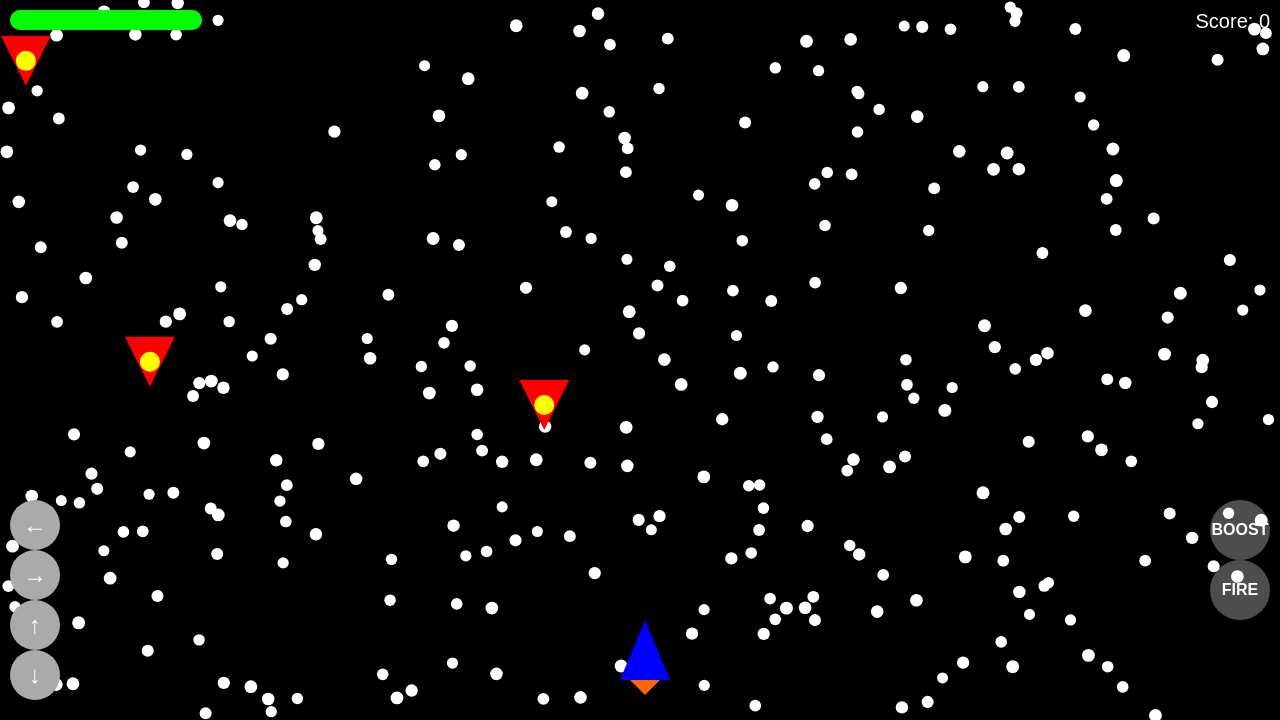
Repository: BiranOrundas/space-shooter
Page: space-shooter.html
These files come from the project's save history. The page is drawn as it stood at one moment and after a run of saves; the edit follows.
The browser window is 1280 px wide. The pictures show the whole page.

Above is the page before, as saved 2025-03-13 15:56:36.

### space-shooter.html
<!DOCTYPE html>
<html lang="en">
<head>
  <meta charset="UTF-8">
  <meta name="viewport" content="width=device-width, initial-scale=1.0">
  <title>Space Shooter</title>
  <style>
    body {
      margin: 0;
      overflow: hidden;
      touch-action: none;
      font-family: Arial, sans-serif;
      background-color: #000;
      display: flex;
      justify-content: center;
      align-items: center;
      height: 100vh;
    }

    #game-container {
      position: relative;
      width: 100vw;
      height: 100vh;
      background-color: #000;
      overflow: hidden;
      touch-action: none;
    }

    #game-canvas {
      width: 100%;
      height: 100%;
    }

    #controls {
      position: absolute;
      bottom: 20px;
      left: 0;
      width: 100%;
      display: flex;
      justify-content: space-between;
      z-index: 10;
    }

    .direction-btn {
      width: 50px;
      height: 50px;
      background-color: rgba(255, 255, 255, 0.3);
      border-radius: 50%;
      display: flex;
      justify-content: center;
      align-items: center;
      color: white;
      font-weight: bold;
      font-size: 24px;
      user-select: none;
      margin: 0 10px;
    }
    .direction-btnpress {
      width: 50px;
      height: 50px;
      background-color: rgba(24, 124, 4, 0.3);
      border-radius: 50%;
      display: flex;
      justify-content: center;
      align-items: center;
      color: white;
      font-weight: bold;
      font-size: 24px;
      user-select: none;
      margin: 0 10px;
    }

    .action-btn {
      width: 60px;
      height: 60px;
      background-color: rgba(255, 255, 255, 0.3);
      border-radius: 50%;
      display: flex;
      justify-content: center;
      align-items: center;
      color: white;
      font-weight: bold;
      font-size: 16px;
      user-select: none;
      margin: 0 10px;
    }

    #life-bar-container {
      position: absolute;
      top: 10px;
      left: 10px;
      width: 15%;
      height: 20px;
      background-color: rgba(255, 255, 255, 0.3);
      border-radius: 10px;
    }

    #life-bar {
      height: 100%;
      width: 100%;
      background-color: #0f0;
      border-radius: 10px;
      transition: width 0.5s;
    }

    #score {
      position: absolute;
      top: 10px;
      right: 10px;
      color: white;
      font-size: 20px;
    }

    #game-over {
      position: absolute;
      top: 0;
      left: 0;
      width: 100%;
      height: 100%;
      background-color: rgba(0, 0, 0, 0.8);
      display: none;
      flex-direction: column;
      justify-content: center;
      align-items: center;
      color: white;
      font-size: 30px;
      z-index: 20;
    }

    #restart-btn {
      margin-top: 20px;
      padding: 10px 20px;
      background-color: #0f0;
      color: black;
      border: none;
      border-radius: 5px;
      font-size: 18px;
      cursor: pointer;
    }

    .star {
      position: absolute;
      background-color: white;
      border-radius: 50%;
    }
  </style>
</head>
<body>
  <div id="game-container">
    <div id="life-bar-container">
      <div id="life-bar"></div>
    </div>
    <div id="score">Score: 0</div>
    <canvas id="game-canvas"></canvas>

    <div id="controls">
      <div id="movement-controls">
        <div name="leftButton" class="direction-btn" id="left-btn">←</div>
        <div name="rightButton" class="direction-btn" id="right-btn">→</div>
        <div name="upButton" class="direction-btn" id="up-btn">↑</div>
        <div name="downButton" class="direction-btn" id="down-btn">↓</div>
      </div>
      <div id="action-controls">
        <div class="action-btn" id="boost-btn">BOOST</div>
        <div class="action-btn" id="shoot-btn">FIRE</div>
      </div>
    </div>

    <div id="game-over">
      <div>GAME OVER</div>
      <div id="final-score">Score: 0</div>
      <button id="restart-btn">Restart</button>
    </div>
  </div>

  <script>
    // Game setup
    const canvas = document.getElementById('game-canvas');
    const ctx = canvas.getContext('2d');

    // Set canvas dimensions to match container
    const container = document.getElementById('game-container');
    canvas.width = container.clientWidth;
    canvas.height = container.clientHeight;

    // Game variables
    let score = 0;
    let gameOver = false;
    let animationId;

    // Player variables
    const player = {
      x: canvas.width / 2 - 20,
      y: canvas.height - 100,
      width: 50,
      height: 60,
      speed: 5,
      boostedSpeed: 10,
      isBoosting: false,
      life: 100,
      color: '#00f',
      cooldown: 0,
      lastShot: 0
    };


    // Game elements arrays
    const bullets = [];
    const enemies = [];
    const stars = [];

    // Control variables
    let leftPressed = false;
    let rightPressed = false;
    let upPressed = false;
    let downPressed = false;
    let shootPressed = false;
    let boostPressed = false;

    // Generate stars for background
    function createStars() {
      const starCount = 300;
      for (let i = 0; i < starCount; i++) {
        stars.push({
          x: Math.random() * canvas.width,
          y: Math.random() * canvas.height,
          size: Math.random() * 1 + 5.5,
          speed: Math.random() * 2 + 1.9,

        });
      }
    }

    // Draw player's spaceship
    function drawPlayer() {
      // Draw player ship
      ctx.fillStyle = player.color;

      // Ship body
      ctx.beginPath();
      ctx.moveTo(player.x + player.width / 2, player.y);
      ctx.lineTo(player.x + player.width, player.y + player.height);
      ctx.lineTo(player.x, player.y + player.height);
      ctx.closePath();
      ctx.fill();

      // Engine flames
      if (player.isBoosting) {
        ctx.fillStyle = '#ff0';
      } else {
        ctx.fillStyle = '#f60';
      }

      const flameHeight = player.isBoosting ? 30 : 15;
      ctx.beginPath();
      ctx.moveTo(player.x + 10, player.y + player.height);
      ctx.lineTo(player.x + player.width / 2, player.y + player.height + flameHeight);
      ctx.lineTo(player.x + player.width - 10, player.y + player.height);
      ctx.closePath();
      ctx.fill();
    }

    // Create a bullet
    function shootBullet() {
      const now = Date.now();
      if (now - player.lastShot > 50 ) { // Cooldown in ms
        bullets.push({
          x: player.x + player.width / 2 - 3,
          y: player.y,
          width: 2,
          height: 10,
          speed: 20,
          color: '#f00'
        });
        player.lastShot = now;
      }
    }

    // Draw bullets
    function drawBullets() {
      bullets.forEach(bullet => {
        ctx.fillStyle = bullet.color;
        ctx.fillRect(bullet.x, bullet.y, bullet.width, bullet.height);
      });
    }

    // Create enemy ships
// Create enemy ships
function spawnEnemy() {
  if (Math.random() < 0.02 && !gameOver) {
    // Eğer boost aktifse, düşmanların hızını artır
    const enemySpeed = player.isBoosting ? Math.random() * 16 + 2 : Math.random() * 2 + 1;

    enemies.push({
      x: Math.random() * (canvas.width - 50),
      y: -50,
      width: 50,
      height: 50,
      speed: enemySpeed  // Boost durumuna göre hız
    });
  }
}


    // Draw enemy ships
    function drawEnemies() {
      enemies.forEach(enemy => {
        // Enemy ship body
        ctx.fillStyle = '#f00';
        ctx.beginPath();
        ctx.moveTo(enemy.x + enemy.width / 2, enemy.y + enemy.height);
        ctx.lineTo(enemy.x + enemy.width, enemy.y);
        ctx.lineTo(enemy.x, enemy.y);
        ctx.closePath();
        ctx.fill();

        // Enemy details
        ctx.fillStyle = '#ff0';
        ctx.beginPath();
        ctx.arc(enemy.x + enemy.width / 2, enemy.y + enemy.height / 2, 10, 0, Math.PI * 2);
        ctx.fill();
      });
    }

    // Draw stars background
    function drawStars() {
      ctx.fillStyle = 'white';
      stars.forEach(star => {
        ctx.beginPath();
        ctx.arc(star.x, star.y, star.size, 0, Math.PI * 2);
        ctx.fill();
      });
    }

    // Update star positions
  // Update star positions
function updateStars() {
  stars.forEach(star => {
    // Eğer boost aktifse, yıldızın hızını artır
    const speedFactor = player.isBoosting ? 5.5 : 1;

    star.y += star.speed * speedFactor; // Yıldızın hızı boost durumuna göre değişir

    // Eğer yıldız ekranın dışına çıkarsa, konumunu sıfırlayın
    if (star.y > canvas.height) {
      star.y = 0;
      star.x = Math.random() * canvas.width;
    }
  });
}


// Update game elements
function updateGameElements() {

  if (leftPressed && player.x > 0) {
    player.x -= player.isBoosting ? player.boostedSpeed : player.speed;
    const LeftDirs = document.getElementsByName("leftButton");
LeftDirs.forEach(btn => {
    btn.style.backgroundColor = "#5CE65C";
});
  }else{
    const LeftDirs = document.getElementsByName("leftButton");
LeftDirs.forEach(btn => {
    btn.style.backgroundColor = "#AAAAAA";
})};



  if (rightPressed && player.x < canvas.width - player.width) {
    player.x += player.isBoosting ? player.boostedSpeed : player.speed;

    const rightDirs = document.getElementsByName("rightButton");
    rightDirs.forEach(btn => {
    btn.style.backgroundColor = "#5CE65C";
});
  }else{
    const rightDirs = document.getElementsByName("rightButton");
    rightDirs.forEach(btn => {
    btn.style.backgroundColor = "#AAAAAA";
})};


  if (upPressed && player.y < canvas.height - player.height) {
    player.y -= player.isBoosting ? player.boostedSpeed : player.speed;
    const upDirs = document.getElementsByName("upButton");
    upDirs.forEach(btn => {
    btn.style.backgroundColor = "#5CE65C";
});

  }else{
    const upDirs = document.getElementsByName("upButton");
    upDirs.forEach(btn => {
    btn.style.backgroundColor = "#AAAAAA";
})};






  if (downPressed && player.y < canvas.height - 20 - player.height) {
    player.y += player.isBoosting ? player.boostedSpeed : player.speed;
    const downDirs = document.getElementsByName("downButton");
    downDirs.forEach(btn => {
    btn.style.backgroundColor = "#5CE65C";
});

  }else{
    const downDirs = document.getElementsByName("downButton");
    downDirs.forEach(btn => {
    btn.style.backgroundColor = "#AAAAAA";
})};

  // Update bullets
  for (let i = 0; i < bullets.length; i++) {
    bullets[i].y -= bullets[i].speed;

    // Remove bullets that are off screen
    if (bullets[i].y < 0) {
      bullets.splice(i, 1);
      i--;
    }
  }

  // Update enemies
  for (let i = 0; i < enemies.length; i++) {
    enemies[i].y += enemies[i].speed;

    // Check for collision with player
    if (
      player.x < enemies[i].x + enemies[i].width &&
      player.x + player.width > enemies[i].x &&
      player.y < enemies[i].y + enemies[i].height &&
      player.y + player.height > enemies[i].y
    ) {
      // Player hit by enemy
      player.life -= 20;
      updateLifeBar();

      // Remove enemy
      enemies.splice(i, 1);
      i--;

      // Check game over
      if (player.life <= 0) {
        endGame();
      }

      continue;
    }

    // Check for bullets hitting enemies
    for (let j = 0; j < bullets.length; j++) {
      if (
        bullets[j].x < enemies[i].x + enemies[i].width &&
        bullets[j].x + bullets[j].width > enemies[i].x &&
        bullets[j].y < enemies[i].y + enemies[i].height &&
        bullets[j].y + bullets[j].height > enemies[i].y
      ) {
        // Enemy hit by bullet
        score += 50;
        updateScore();

      // Global variable to track if the bullet height has been changed
let bulletHeightUpdated = false;

// Inside the game loop or where you check the score
if (score >= 100 && !bulletHeightUpdated) {
    // Set the bullet height to 100
    bullets.forEach(bullet => {
        bullet.height = 100;
        bullet.color = "#00FF00"
    });

    // Mark the bullet height as updated
    bulletHeightUpdated = true;
}


        // Remove enemy and bullet
        enemies.splice(i, 1);
        bullets.splice(j, 1);
        i--;
        break;
      }
    }

    // Remove enemies that are off screen
    if (enemies[i] && enemies[i].y > canvas.height) {
      enemies.splice(i, 1);
      i--;
    }
  }
}


function Day() {
    const space = document.getElementById("game-container");

    setTimeout((randomColor) => {
        var randomColor = Math.floor(Math.random()*16777215).toString(16);
        space.style.backgroundColor = randomColor;
    },5500);
}


    // Update life bar
    function updateLifeBar() {
      const lifeBar = document.getElementById('life-bar');
      lifeBar.style.width = `${player.life}%`;

      // Change color based on life
      if (player.life > 60) {
        lifeBar.style.backgroundColor = '#0f0';
      } else if (player.life > 30) {
        lifeBar.style.backgroundColor = '#ff0';
      } else {
        lifeBar.style.backgroundColor = '#f00';
      }
    }

    // Update score display
    function updateScore() {
      document.getElementById('score').textContent = `Score: ${score}`;
    }

    // Game over
    function endGame() {
      gameOver = true;
      document.getElementById('game-over').style.display = 'flex';
      document.getElementById('final-score').textContent = `Score: ${score}`;
      cancelAnimationFrame(animationId);
    }

    // Main game loop
    function gameLoop() {
      // Clear canvas
      ctx.fillStyle = '#000';
      ctx.fillRect(0, 0, canvas.width, canvas.height);
        //Space Turning
      Day();

      // Draw stars
      drawStars();
      updateStars();

      // Spawn enemies
      spawnEnemy();


      // Update game elements
      updateGameElements();

      // Fire bullet if shoot button is pressed
      if (shootPressed) {
        shootBullet();
      }

      // Draw game elements
      drawPlayer();
      drawBullets();
      drawEnemies();

      // Continue game loop
      if (!gameOver) {
        animationId = requestAnimationFrame(gameLoop);
      }
    }

    // Event listeners for keyboard controls
    document.addEventListener('keydown', (e) => {
      if (e.key === 'ArrowLeft' || e.key === 'a') leftPressed = true;
      if (e.key === 'ArrowRight' || e.key === 'd') rightPressed = true;
      if (e.key === 'ArrowUp' || e.key === 'w') upPressed = true;
      if (e.key === 'ArrowDown' || e.key === 's') downPressed = true;
      if (e.key === ' ' || e.key === 'Enter') shootPressed = true;
      if (e.key === 'Shift') {
        boostPressed = true;
        player.isBoosting = true;
      }
    });

    document.addEventListener('keyup', (e) => {
      if (e.key === 'ArrowLeft' || e.key === 'a') leftPressed = false;
      if (e.key === 'ArrowRight' || e.key === 'd') rightPressed = false;
      if (e.key === 'ArrowUp' || e.key === 'w') upPressed = false;
      if (e.key === 'ArrowDown' || e.key === 's') downPressed = false;
      if (e.key === ' ' || e.key === 'Enter') shootPressed = false;
      if (e.key === 'Shift') {
        boostPressed = false;
        player.isBoosting = false;
      }
    });

    // Touch controls
    const leftBtn = document.getElementById('left-btn');
    const rightBtn = document.getElementById('right-btn');
    const shootBtn = document.getElementById('shoot-btn');
    const boostBtn = document.getElementById('boost-btn');

    leftBtn.addEventListener('touchstart', (e) => {
      e.preventDefault();
      leftPressed = true;
    });

    leftBtn.addEventListener('touchend', (e) => {
      e.preventDefault();
      leftPressed = false;
    });

    rightBtn.addEventListener('touchstart', (e) => {
      e.preventDefault();
      rightPressed = true;
    });

    rightBtn.addEventListener('touchend', (e) => {
      e.preventDefault();
      rightPressed = false;
    });

    shootBtn.addEventListener('touchstart', (e) => {
      e.preventDefault();
      shootPressed = true;
    });

    shootBtn.addEventListener('touchend', (e) => {
      e.preventDefault();
      shootPressed = false;
    });

    boostBtn.addEventListener('touchstart', (e) => {
      e.preventDefault();
      boostPressed = true;
      player.isBoosting = true;
    });

    boostBtn.addEventListener('touchend', (e) => {
      e.preventDefault();
      boostPressed = false;
      player.isBoosting = false;
    });

    // Mouse controls (for testing on desktop)
    leftBtn.addEventListener('mousedown', () => {
      leftPressed = true;
    });

    leftBtn.addEventListener('mouseup', () => {
      leftPressed = false;
    });

    rightBtn.addEventListener('mousedown', () => {
      rightPressed = true;
    });

    rightBtn.addEventListener('mouseup', () => {
      rightPressed = false;
    });

    shootBtn.addEventListener('mousedown', () => {
      shootPressed = true;
    });

    shootBtn.addEventListener('mouseup', () => {
      shootPressed = false;
    });

    boostBtn.addEventListener('mousedown', () => {
      boostPressed = true;
      player.isBoosting = true;
    });

    boostBtn.addEventListener('mouseup', () => {
      boostPressed = false;
      player.isBoosting = false;
    });

    // Restart game
    document.getElementById('restart-btn').addEventListener('click', () => {
      // Reset game state
      score = 0;
      gameOver = false;
      player.life = 100;
      player.x = canvas.width / 2 - 25;
      player.y = canvas.height - 100;
      player.isBoosting = false;

      // Clear arrays
      bullets.length = 0;
      enemies.length = 0;

      // Update UI
      updateScore();
      updateLifeBar();

      // Hide game over screen
      document.getElementById('game-over').style.display = 'none';

      // Start game loop
      gameLoop();
    });

    // Initialize game
    function initGame() {
      createStars();
      updateLifeBar();
      gameLoop();
    }

    // Start the game
    window.addEventListener('load', initGame);

    window.addEventListener('resize', () => {
  canvas.width = container.clientWidth;
  canvas.height = container.clientHeight;
});
  </script>
</body>
</html>

After the next 2 saves:
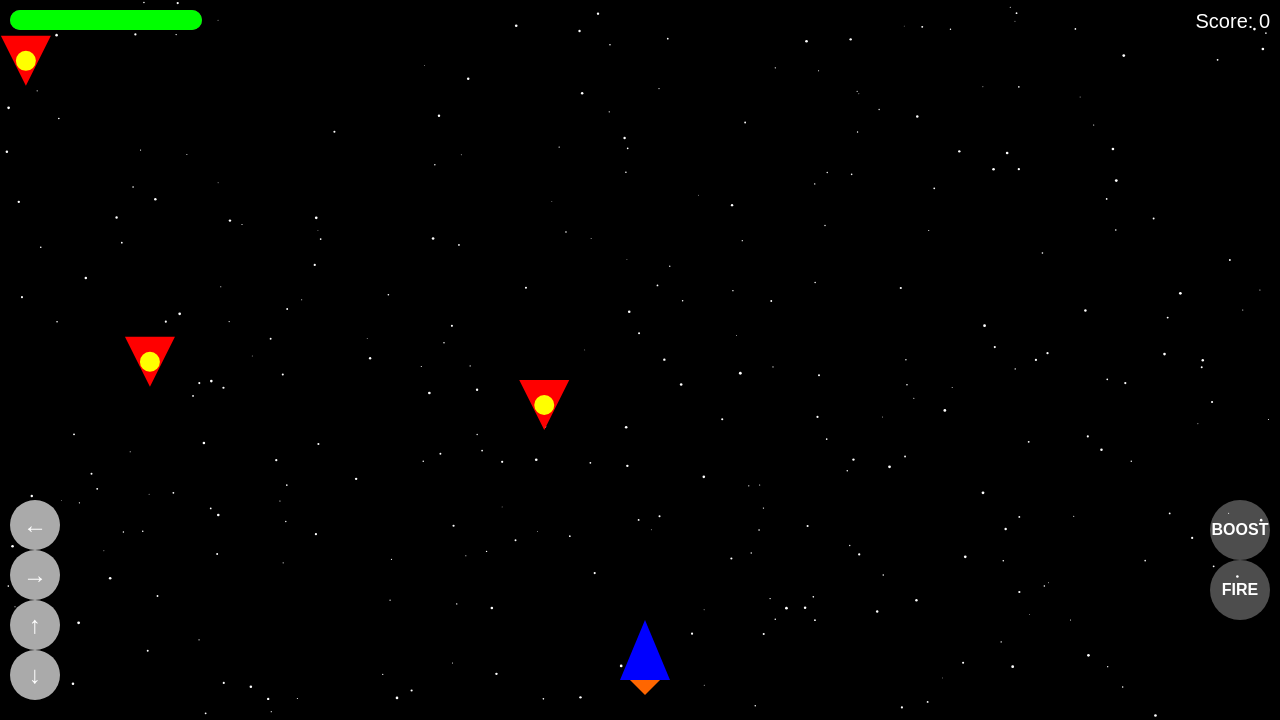
The 2 saves are shown as one change because they came seconds apart.
The last was saved 9 s later.
--- a/space-shooter.html
+++ b/space-shooter.html
@@ -224,7 +224,7 @@
         stars.push({
           x: Math.random() * canvas.width,
           y: Math.random() * canvas.height,
-          size: Math.random() * 1 + 5.5,
+          size: Math.random() * 1 + 0.4,
           speed: Math.random() * 2 + 1.9,
 
         });
